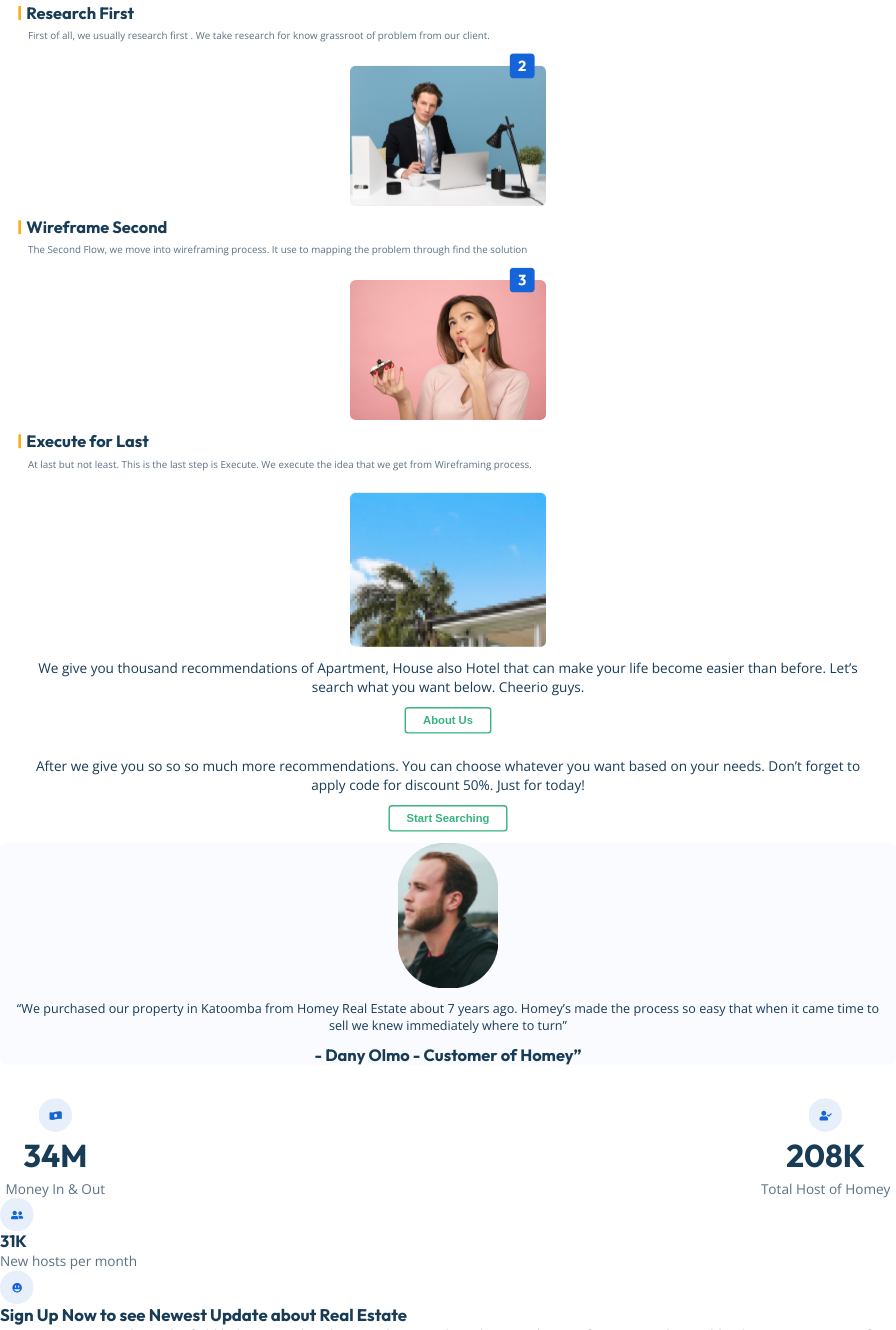
Repository: gustavoRichardt/prova-front
Page: index.html
An editor plug-in stored every save of this project. The page is shown before and after a run of saves, followed by the edit.
The browser window is 1280 px wide. The pictures show the part of the page from y = 2930 to 4830 px (the page is 5717 px tall before and 5803 px after), at 70% of full size.
A picture or video elsewhere on the page could not be fetched, so the positions and the page height are approximate.

Above is the page before, as saved 2026-09-01 15:08:53.

After the next 3 saves:
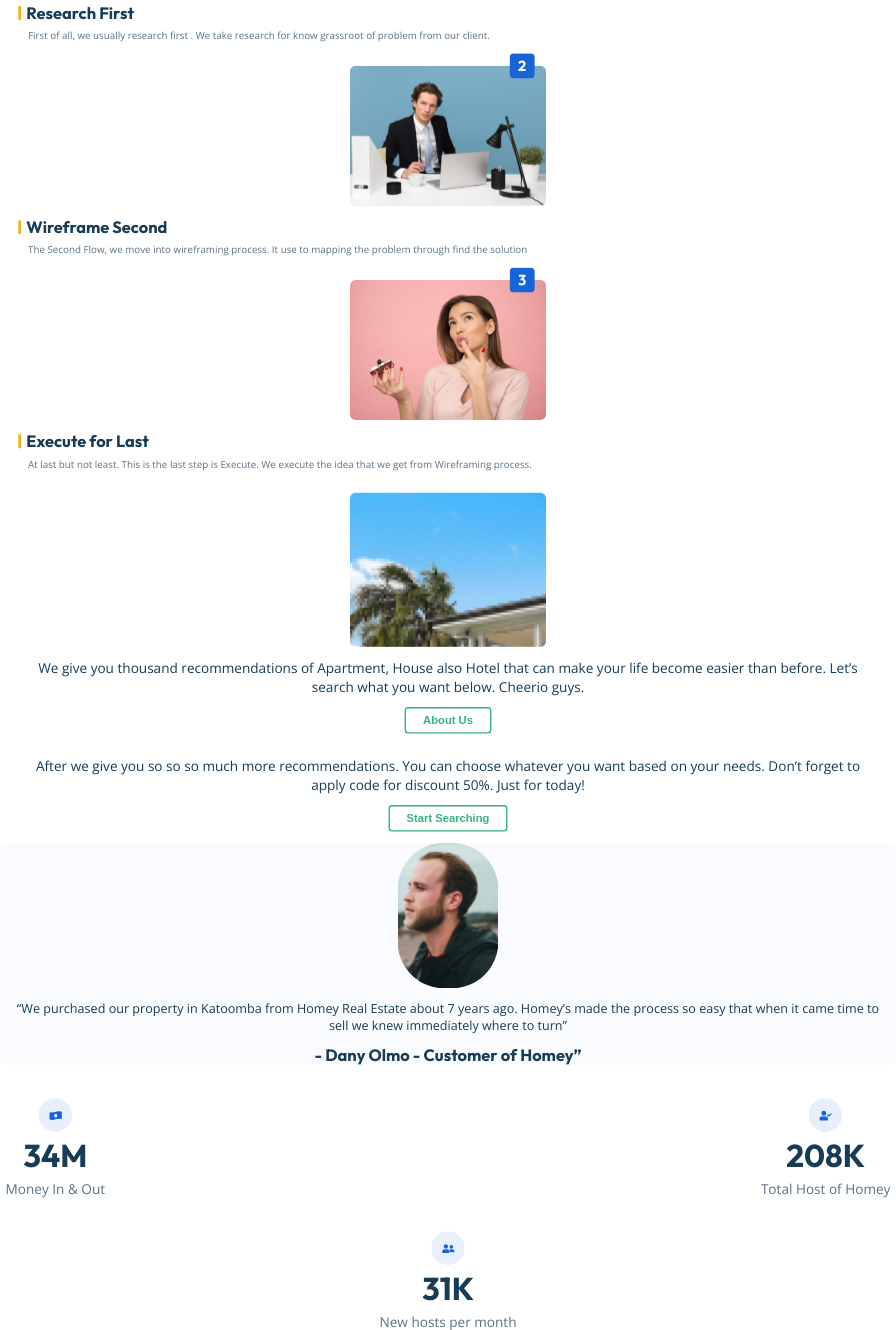
The 3 saves are shown as one change because they came seconds apart.
The last was saved 13 s later.
--- a/style.css
+++ b/style.css
@@ -447,7 +447,7 @@
 
 /*Novos Hospedeiros e Clientes Felizes*/
 
-.dinheiro {
+.novos-hospedeiros {
     margin-top: 3rem;
     display: flex;
     flex-direction: column;
@@ -455,12 +455,12 @@
     align-items: center;
 }
 
-.dinheiro img {
+.novos-hospedeiros img {
     width: 48px;
     height: 48px;
 }
 
-.dinheiro h3 {
+.novos-hospedeiros h3 {
     font-size: clamp(1.75rem, 1.3929rem + 1.7857vw, 3rem);
 }
 
